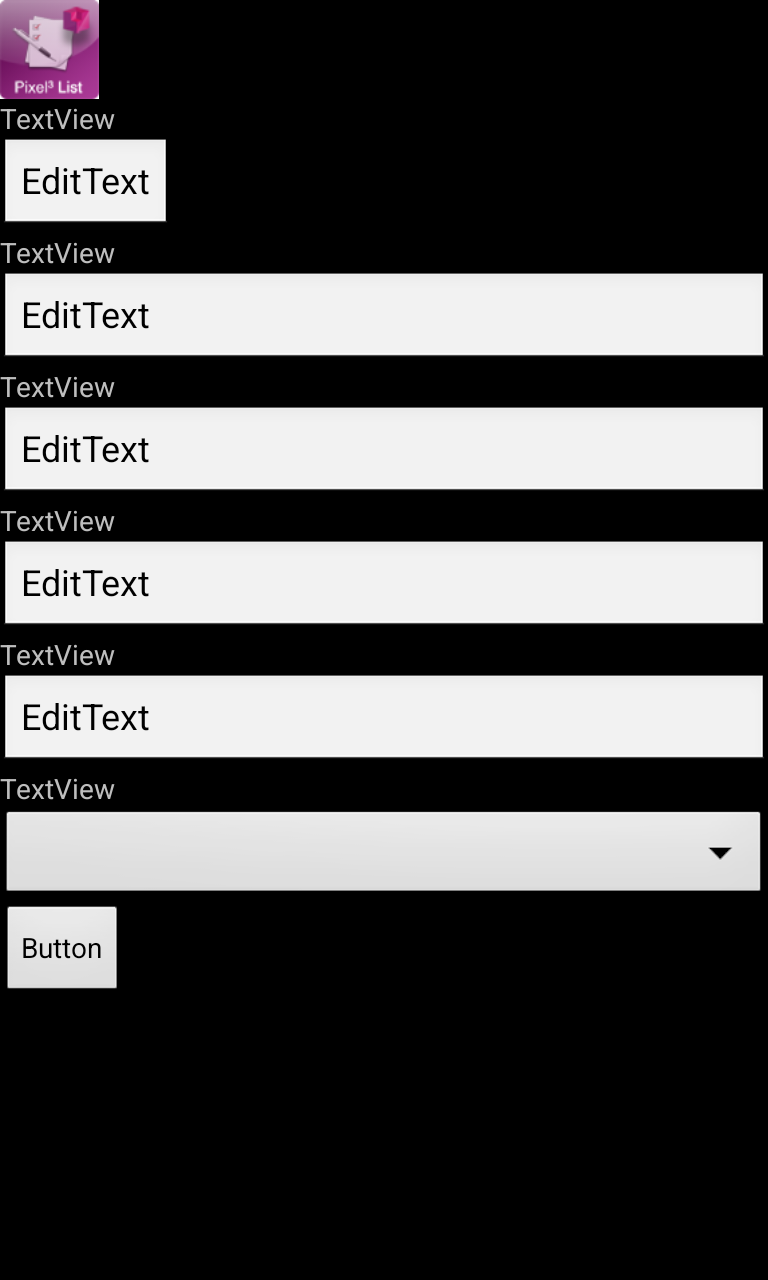
Repository: pixel3mobi/listaDigital
Layout: Pixel3List/res/layout/meusdados.xml
These files come from the project's save history. The layout is drawn as it stood at one moment and after the next save; the edit follows.
It is drawn on a 768 x 1280 px phone screen (xhdpi) without system bars, with theme android:Theme; the app's code is not run.

Above is the layout before, as saved 2011-03-22 03:21:30.

### Pixel3List/res/layout/meusdados.xml
<?xml version="1.0" encoding="utf-8"?>
<RelativeLayout
  xmlns:android="http://schemas.android.com/apk/res/android"
  android:layout_width="fill_parent"
  android:layout_height="fill_parent">
    <ImageView android:src="@drawable/icon" android:id="@+id/imageView1" android:layout_width="wrap_content" android:layout_height="wrap_content" android:layout_alignParentTop="true"></ImageView>
    <ScrollView android:layout_below="@+id/imageView1"  android:layout_alignLeft="@+id/imageView1" android:layout_width="fill_parent" android:layout_height="fill_parent">
	    <LinearLayout android:orientation="vertical" android:id="@+id/linearLayout1" android:layout_width="fill_parent" android:layout_height="wrap_content">
	        <TextView android:text="TextView" android:id="@+id/textView1" android:layout_width="wrap_content" android:layout_height="wrap_content"></TextView>
	        <EditText android:layout_height="wrap_content" android:text="EditText" android:id="@+id/editText1" android:layout_width="wrap_content"></EditText>
	        <TextView android:text="TextView" android:id="@+id/textView2" android:layout_width="wrap_content" android:layout_height="wrap_content"></TextView>
	        <EditText android:layout_height="wrap_content" android:text="EditText" android:id="@+id/editText2" android:layout_width="fill_parent"></EditText>
	        <TextView android:text="TextView" android:id="@+id/textView3" android:layout_width="wrap_content" android:layout_height="wrap_content"></TextView>
	        <EditText android:layout_height="wrap_content" android:text="EditText" android:id="@+id/editText3" android:layout_width="fill_parent"></EditText>
	        <TextView android:text="TextView" android:id="@+id/textView4" android:layout_width="wrap_content" android:layout_height="wrap_content"></TextView>
	        <EditText android:layout_height="wrap_content" android:text="EditText" android:id="@+id/editText4" android:layout_width="fill_parent"></EditText>
	        <TextView android:text="TextView" android:id="@+id/textView5" android:layout_width="wrap_content" android:layout_height="wrap_content"></TextView>
	        <EditText android:layout_height="wrap_content" android:text="EditText" android:id="@+id/editText5" android:layout_width="fill_parent"></EditText>
	        <TextView android:text="TextView" android:id="@+id/textView7" android:layout_width="wrap_content" android:layout_height="wrap_content"></TextView>
	        <Spinner android:layout_height="wrap_content" android:layout_width="fill_parent" android:id="@+id/spinner1"></Spinner>
	        <Button android:text="Button" android:id="@+id/button1" android:layout_width="wrap_content" android:layout_height="wrap_content"></Button>
	    </LinearLayout>
    </ScrollView>
</RelativeLayout>

After the next save:
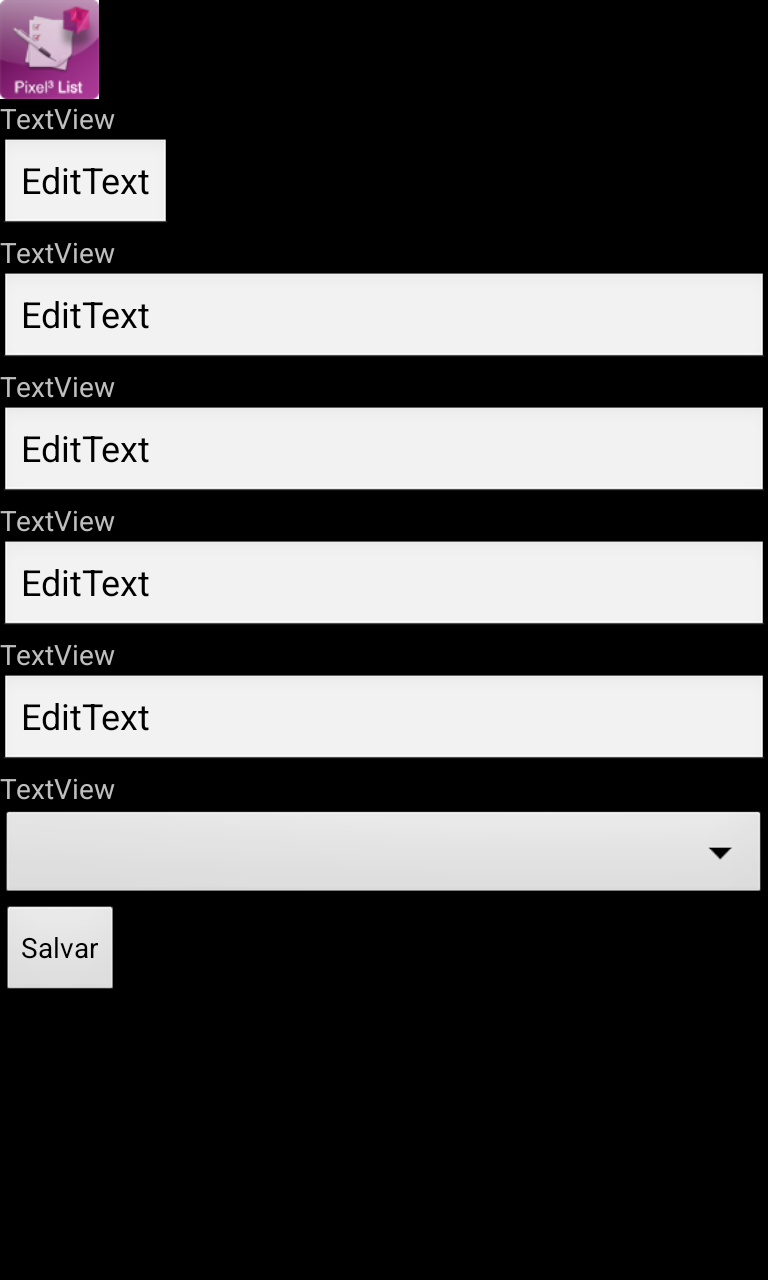
Saved 5 min 33 s later.
--- a/Pixel3List/res/layout/meusdados.xml
+++ b/Pixel3List/res/layout/meusdados.xml
@@ -18,7 +18,7 @@
 	        <EditText android:layout_height="wrap_content" android:text="EditText" android:id="@+id/editText5" android:layout_width="fill_parent"></EditText>
 	        <TextView android:text="TextView" android:id="@+id/textView7" android:layout_width="wrap_content" android:layout_height="wrap_content"></TextView>
 	        <Spinner android:layout_height="wrap_content" android:layout_width="fill_parent" android:id="@+id/spinner1"></Spinner>
-	        <Button android:text="Button" android:id="@+id/button1" android:layout_width="wrap_content" android:layout_height="wrap_content"></Button>
+	        <Button android:text="Salvar" android:id="@+id/btnSalvar" android:layout_width="wrap_content" android:layout_height="wrap_content"></Button>
 	    </LinearLayout>
     </ScrollView>
 </RelativeLayout>
